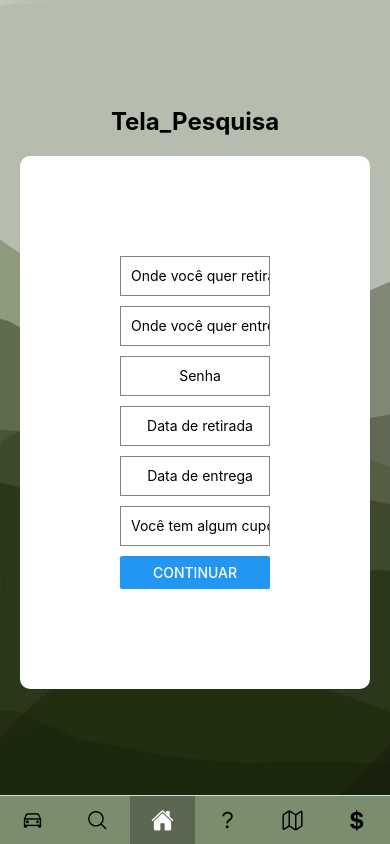
Repository: GabrielAron/EcoWheels
Page: /Home
These files come from the project's save history. The page is drawn as it stood at one moment and after the next save; the edit follows.
The browser window is 390 px wide. The pictures show the whole page.
The app was drawn by React Native's web renderer in a window 390 px wide. The project was rebuilt for these pictures with package versions that can differ from the ones it lists, and the page was loaded fresh each time. Also part of the build but not shown: src/Paginas/Carros/index.js, src/Paginas/Ajuda/index.js, src/Paginas/Mapa/index.js, src/Paginas/Pagamento/pagamento.js.

Above is the page before, as saved 2023-11-24 14:35:39.

After the next save:
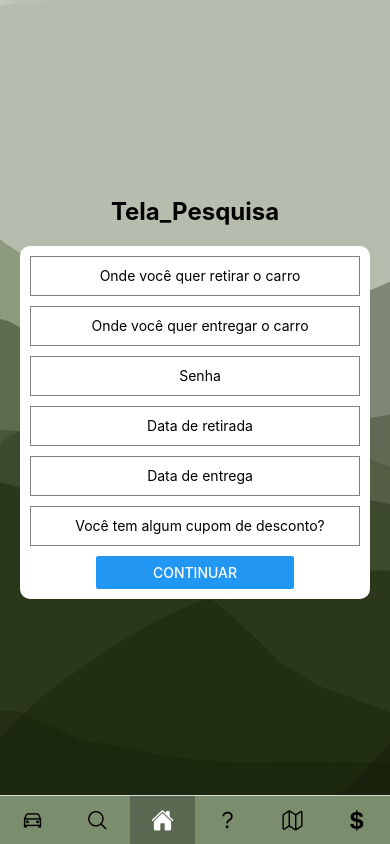
Saved 57 s later.
--- a/src/Paginas/Home/index.js
+++ b/src/Paginas/Home/index.js
@@ -1,6 +1,6 @@
 import React from 'react';
 import { View, Text, TextInput, Button, StyleSheet, ImageBackground } from 'react-native';
-import Fundo from '/imagens/fundoverde.jpg';
+import Fundo from './imagens/fundoverde.jpg';
 
 export default function App() {
   return (
@@ -14,7 +14,9 @@ export default function App() {
           <TextInput style={styles.input} placeholder="Data de retirada" />
           <TextInput style={styles.input} placeholder="Data de entrega" />
           <TextInput style={styles.input} placeholder="Você tem algum cupom de desconto?" />
-          <Button title="Continuar" onPress={() => {}} />
+          <View style={styles.buttonContainer}>
+            <Button title="Continuar" onPress={() => {}} />
+          </View>
         </View>
       </View>
     </ImageBackground>
@@ -49,6 +51,10 @@ const styles = StyleSheet.create({
   formContainer: {
     backgroundColor: 'white',
     borderRadius: 10,
-    padding: 100,
+    padding: 10,
+  },
+  buttonContainer: {
+    width: '60%',
+    alignSelf: 'center',
   },
 });
